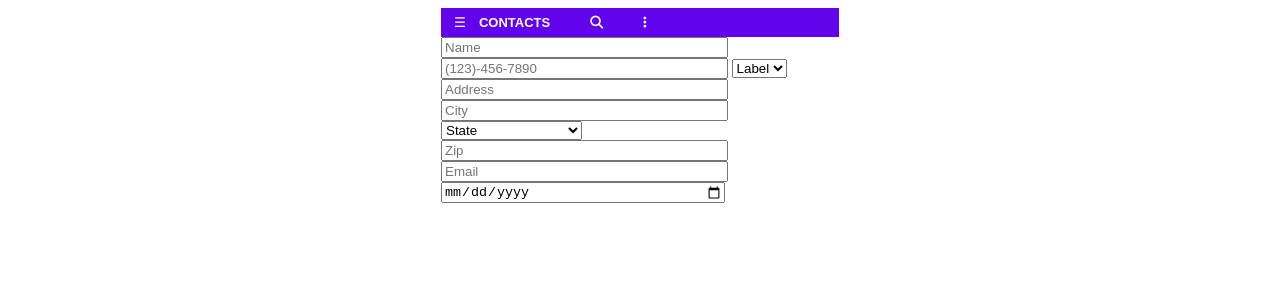
Repository: Sc-Juju/Mobile-Form
Page: index.html
These files come from the project's save history. The page is drawn as it stood at one moment and after the next save; the edit follows.
The browser window is 1280 px wide. The pictures show the whole page.
Some web libraries are served in a nearby version.

Above is the page before, as saved 2022-10-27 17:16:09.

After the next save:
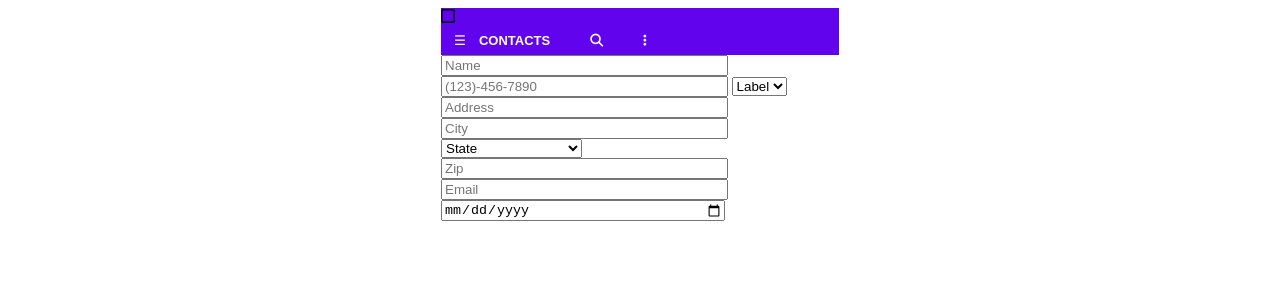
Saved 39 s later.
--- a/index.html
+++ b/index.html
@@ -16,6 +16,10 @@
 		<header>
 			<div class="container">
 				<ul class="navbar nav-top">
+					<li class="nav-link">
+						<i class="fa-regular fa-square"></i>
+					</li>
+					<li class="nav-link"></li>
 					<li class="nav-link"></li>
 				</ul>
 			</div>
